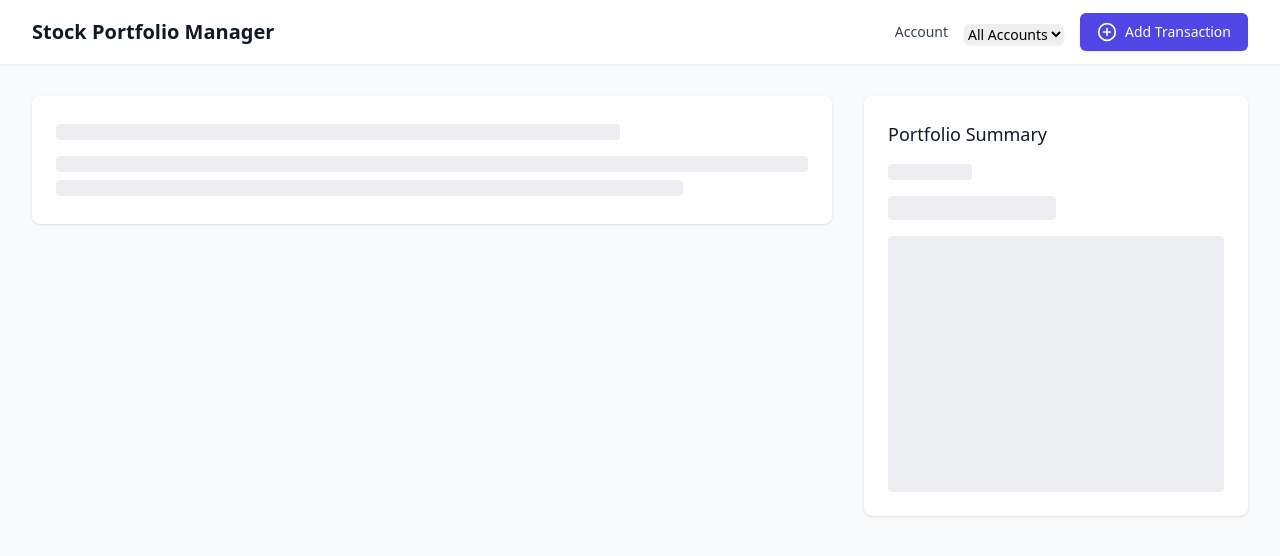
Repository: gpierre004/stock_portfolio_management
Page: /
The author's editor kept a copy of each file at every save. The page is drawn from the files as they stood at one save, then again after the next save.
The browser window is 1280 px wide. The pictures show the whole page.
The page's requests for data from a server got no answer. The project was rebuilt for these pictures with package versions that can differ from the ones it lists, and the page was loaded fresh each time. No one was signed in, and anything a server would have sent is missing. Also part of the build but not shown: vite.config.ts, src/components/TransactionForm.tsx, src/components/ErrorBoundary.tsx.

Above is the page before, as saved 2024-11-22 20:22:49.

After the next save:
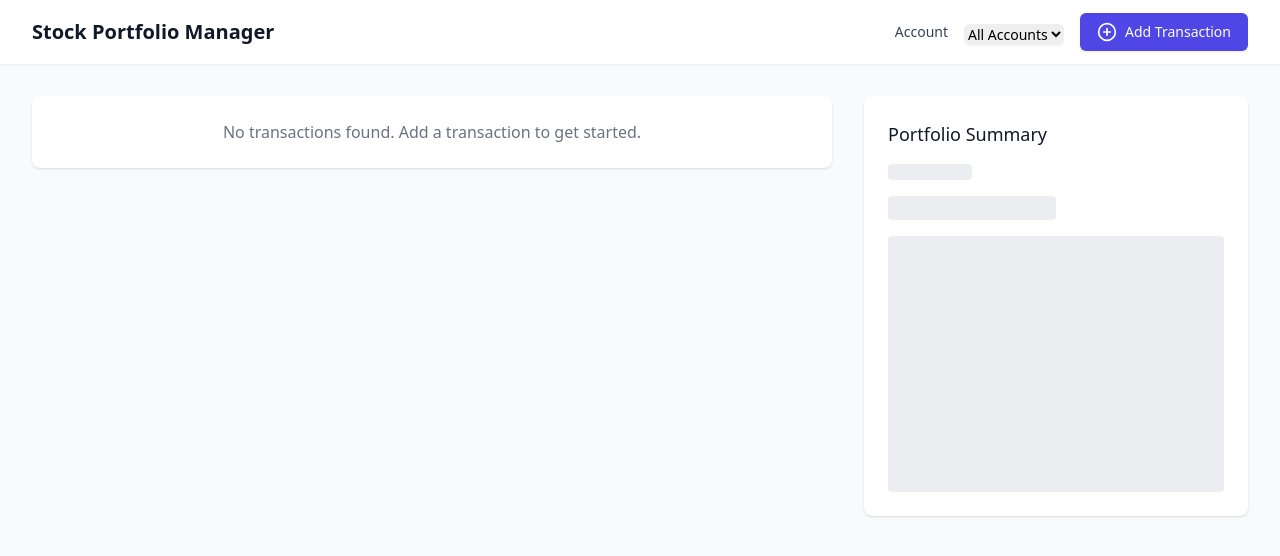
Saved 24 s later.
--- a/src/components/TransactionList.tsx
+++ b/src/components/TransactionList.tsx
@@ -31,24 +31,45 @@ const columnHelper = createColumnHelper<Transaction>();
 const columns = [
   columnHelper.accessor('purchase_date', {
     header: 'Date',
-    cell: (info) => format(new Date(info.getValue()), 'MM/dd/yyyy'),
+    cell: (info) => {
+      try {
+        const dateValue = info.getValue();
+        if (!dateValue) return 'N/A';
+        return format(parseISO(dateValue), 'MM/dd/yyyy');
+      } catch (error) {
+        console.error('Error formatting date:', error);
+        return 'Invalid Date';
+      }
+    },
   }),
   columnHelper.accessor('ticker', {
     header: 'Ticker',
+    cell: (info) => info.getValue() || 'N/A',
   }),
   columnHelper.accessor('type', {
     header: 'Type',
+    cell: (info) => info.getValue() || 'N/A',
   }),
   columnHelper.accessor('quantity', {
     header: 'Quantity',
-    cell: (info) => info.getValue().toFixed(5),
+    cell: (info) => {
+      const value = info.getValue();
+      return typeof value === 'number' ? value.toFixed(5) : '0.00000';
+    },
   }),
   columnHelper.accessor('purchase_price', {
     header: 'Price',
-    cell: (info) => `$${info.getValue().toFixed(2)}`,
+    cell: (info) => {
+      const value = info.getValue();
+      return typeof value === 'number' ? `$${value.toFixed(2)}` : '$0.00';
+    },
   }),
   columnHelper.accessor(
-    row => row.quantity * row.purchase_price,
+    row => {
+      const quantity = typeof row.quantity === 'number' ? row.quantity : 0;
+      const price = typeof row.purchase_price === 'number' ? row.purchase_price : 0;
+      return quantity * price;
+    },
     {
       id: 'total',
       header: 'Total',
@@ -65,8 +86,8 @@ export default function TransactionList({ accountId }: TransactionListProps) {
         const url = accountId
           ? `http://localhost:3000/api/transactions?accountId=${accountId}`
           : 'http://localhost:3000/api/transactions';
-        const { data } = await axios.get(url);
-        return data;
+        const { data } = await axios.get<Transaction[]>(url);
+        return Array.isArray(data) ? data : [];
       } catch (error) {
         if (axios.isAxiosError(error)) {
           throw new Error(error.response?.data?.message || 'Failed to fetch transactions');
@@ -74,10 +95,11 @@ export default function TransactionList({ accountId }: TransactionListProps) {
         throw error;
       }
     },
+    initialData: [], // Ensure we always have an array
   });
 
   const table = useReactTable({
-    data: transactions,
+    data: Array.isArray(transactions) ? transactions : [],
     columns,
     getCoreRowModel: getCoreRowModel(),
     getSortedRowModel: getSortedRowModel(),
